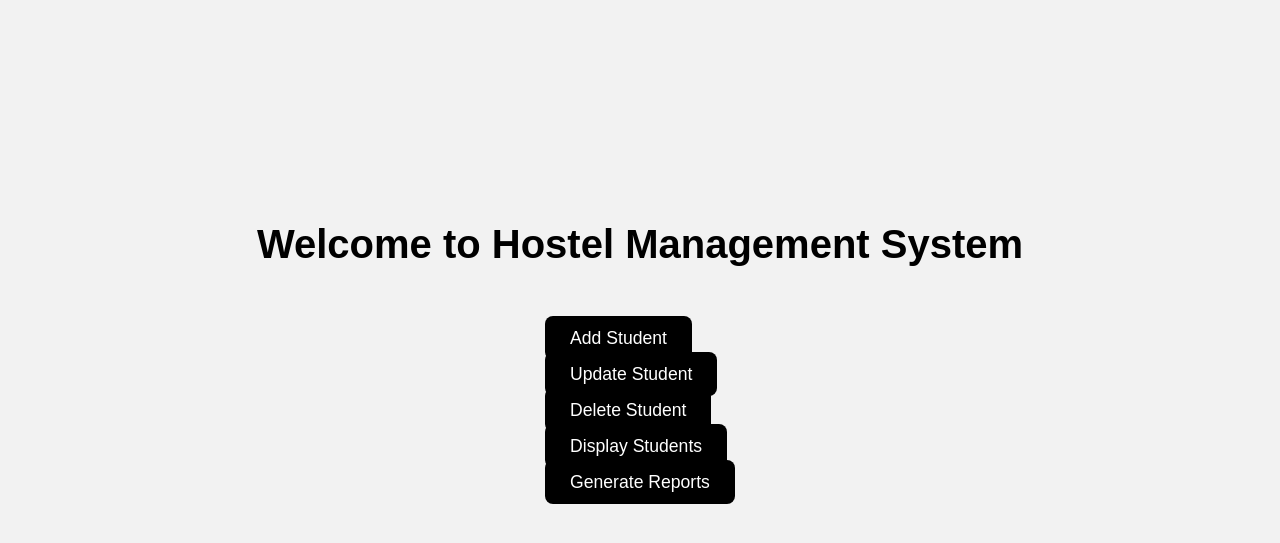
Repository: Adhyashetty-bit/Hostel-Management-System
Page: http://localhost/HostelWebApp/
An editor plug-in stored every save of this project. The page is shown before and after the next save, followed by the edit.
The browser window is 1280 px wide. The pictures show the whole page.
The page is served by Tomcat 9. Other server files are loaded and not shown.

Above is the page before, as saved 2025-05-27 07:13:53.

### HostelWebApp/src/main/webapp/index.jsp
<%@ page language="java" contentType="text/html; charset=UTF-8" pageEncoding="UTF-8"%>
<!DOCTYPE html>
<html>
<head>
    <title>Hostel Management System</title>
    <style>
        body {
            font-family: Arial, sans-serif;
            background-color: #f2f2f2; /* Light gray background */
            color: #000; /* Black text */
            margin: 0;
            padding: 0;
            display: flex;
            flex-direction: column;
            height: 100vh;
            justify-content: center;
            align-items: center;
        }

        h1 {
            margin-bottom: 30px;
            font-size: 2.5em;
        }

        ul {
            list-style-type: none;
            padding: 0;
        }

        li {
            margin: 15px 0;
        }

        a {
            text-decoration: none;
            background-color: #000; /* Black button */
            color: white;
            padding: 12px 25px;
            border-radius: 8px;
            font-size: 1.1em;
            transition: background-color 0.3s ease, transform 0.3s ease;
        }

        a:hover {
            background-color: #333;
            transform: scale(1.05);
        }
    </style>
</head>
<body>
    <h1>Welcome to Hostel Management System</h1>
    <ul>
        <li><a href="studentadd.jsp">Add Student</a></li>
        <li><a href="studentupdate.jsp">Update Student</a></li>
        <li><a href="studentdelete.jsp">Delete Student</a></li>
        <li><a href="studentdisplay.jsp">Display Students</a></li>
        <li><a href="report_form.jsp">Generate Reports</a></li>
    </ul>
</body>
</html>

After the next save:
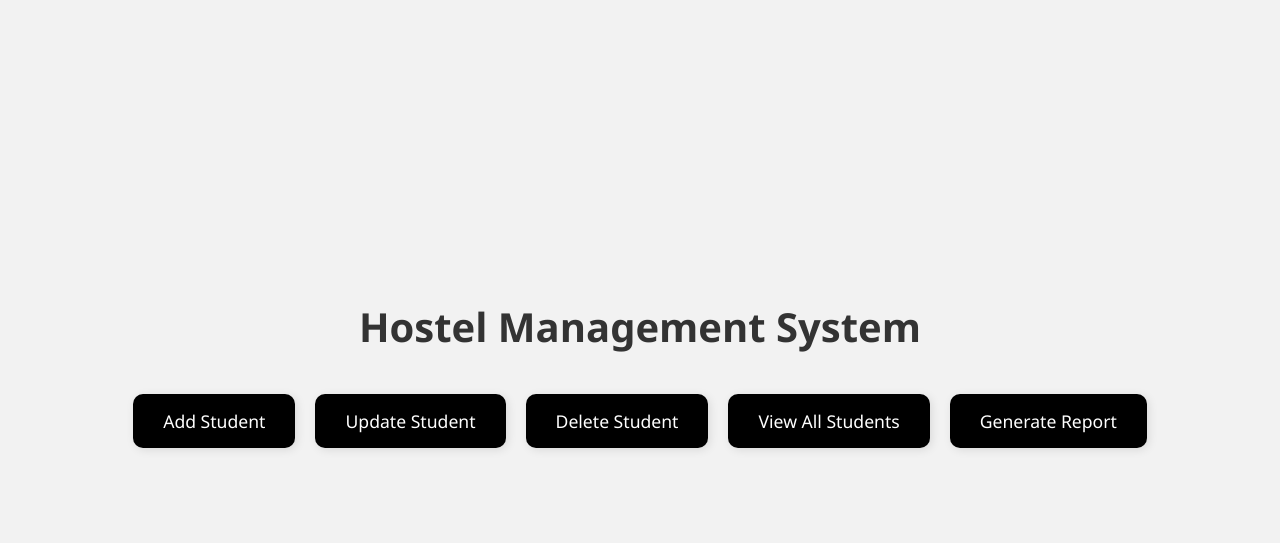
Saved 2 min 8 s later.
--- a/HostelWebApp/src/main/webapp/index.jsp
+++ b/HostelWebApp/src/main/webapp/index.jsp
@@ -5,7 +5,7 @@
     <title>Hostel Management System</title>
     <style>
         body {
-            font-family: Arial, sans-serif;
+            font-family: 'Segoe UI', Tahoma, Geneva, Verdana, sans-serif;
             background-color: #f2f2f2; /* Light gray background */
             color: #000; /* Black text */
             margin: 0;
@@ -18,43 +18,43 @@
         }
 
         h1 {
-            margin-bottom: 30px;
             font-size: 2.5em;
+            margin-bottom: 40px;
+            color: #333;
         }
 
-        ul {
-            list-style-type: none;
-            padding: 0;
+        .button-container {
+            display: flex;
+            flex-wrap: wrap;
+            gap: 20px;
+            justify-content: center;
         }
 
-        li {
-            margin: 15px 0;
-        }
-
-        a {
+        a.button {
             text-decoration: none;
             background-color: #000; /* Black button */
             color: white;
-            padding: 12px 25px;
-            border-radius: 8px;
+            padding: 15px 30px;
+            border-radius: 10px;
             font-size: 1.1em;
             transition: background-color 0.3s ease, transform 0.3s ease;
+            box-shadow: 2px 2px 10px rgba(0,0,0,0.1);
         }
 
-        a:hover {
+        a.button:hover {
             background-color: #333;
             transform: scale(1.05);
         }
     </style>
 </head>
 <body>
-    <h1>Welcome to Hostel Management System</h1>
-    <ul>
-        <li><a href="studentadd.jsp">Add Student</a></li>
-        <li><a href="studentupdate.jsp">Update Student</a></li>
-        <li><a href="studentdelete.jsp">Delete Student</a></li>
-        <li><a href="studentdisplay.jsp">Display Students</a></li>
-        <li><a href="report_form.jsp">Generate Reports</a></li>
-    </ul>
+    <h1>Hostel Management System</h1>
+    <div class="button-container">
+        <a href="studentadd.jsp" class="button">Add Student</a>
+        <a href="studentupdate.jsp" class="button">Update Student</a>
+        <a href="studentdelete.jsp" class="button">Delete Student</a>
+        <a href="studentdisplay.jsp" class="button">View All Students</a>
+        <a href="report_form.jsp" class="button">Generate Report</a>
+    </div>
 </body>
 </html>
